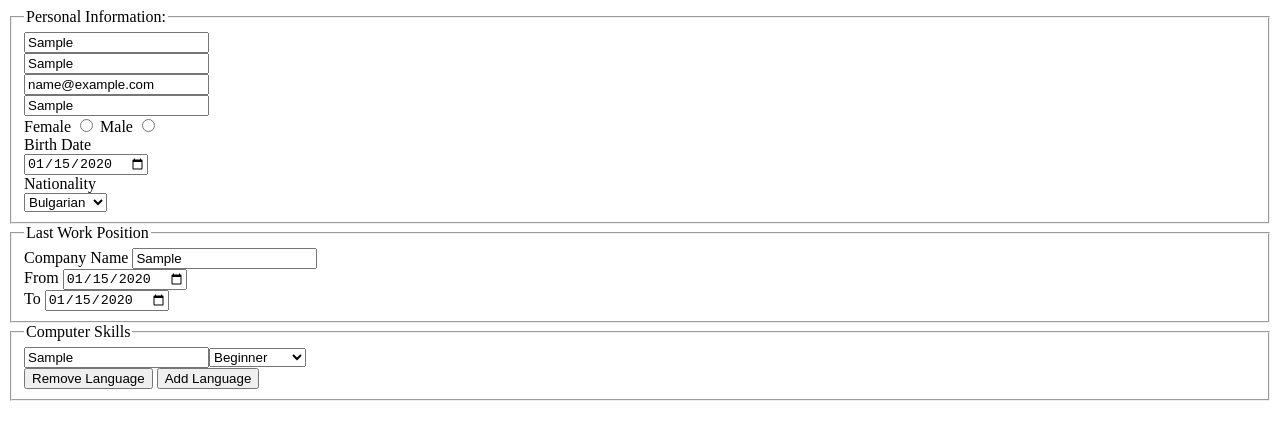
Repository: zhanivanov/PHP_Basics_Course_Homework
Page: http://localhost/5.CVGenerator/CVGenerator.php
An editor plug-in stored every save of this project. The page is shown before and after the next save, followed by the edit.
The browser window is 1280 px wide. The pictures show the whole page.
Empty fields were first filled with sample values (such as "Sample", 5 or name@example.com).
After loading, the first visible `input[onclick="removeLang()"]` was clicked once.
The page is run by PHP 8.4 with error messages shown; the project is at /var/www/html/.

Above is the page before, as saved 2014-08-21 14:41:38.
Console error: TypeError: Failed to execute 'removeChild' on 'Node': parameter 1 is not of type 'Node'.

After the next save:
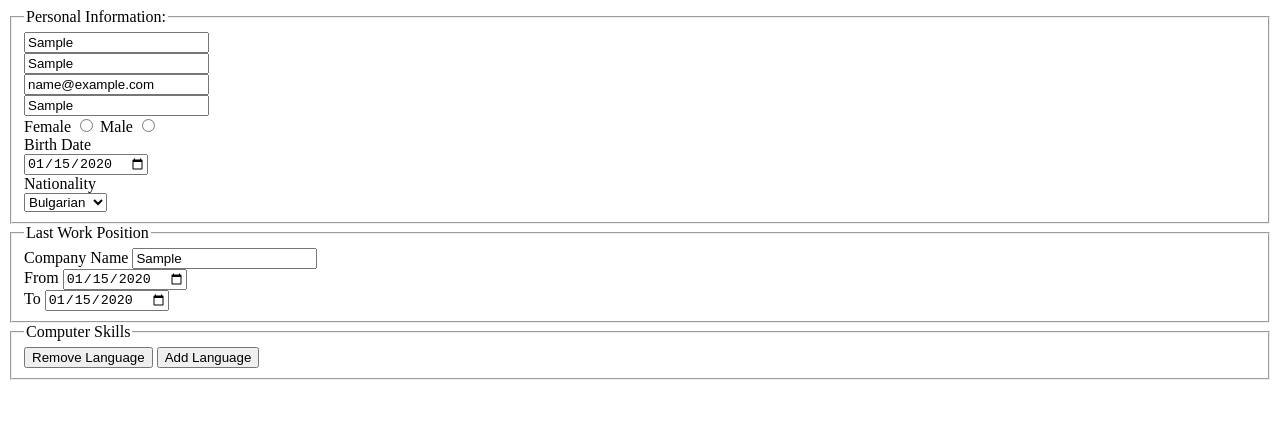
The error is gone.
Saved 105 s later.
--- a/PHP_Working_With_Forms/5.CVGenerator/CVGenerator.php
+++ b/PHP_Working_With_Forms/5.CVGenerator/CVGenerator.php
@@ -18,7 +18,7 @@
                         document.getElementById("programming").appendChild(myDiv);
             }
             function removeLang(){
-                var divRem = document.getElementById('inputBox'+idCounter);
+                var divRem = document.getElementById('inputBox'+(idCounter-1));
                 idCounter--;
                 document.getElementById('programming').removeChild(divRem);
             }
